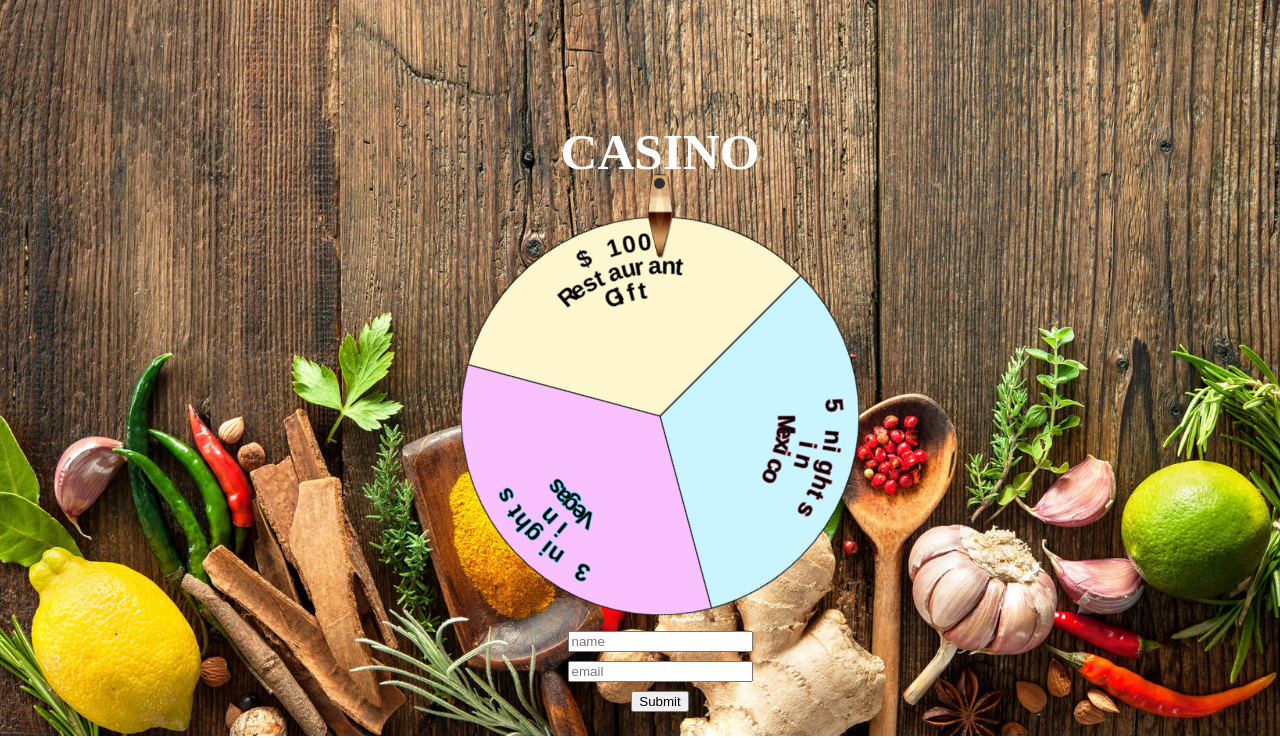
Repository: 43320888/upwork
Page: index.html
An editor plug-in stored every save of this project. The page is shown before and after the next save, followed by the edit.
The browser window is 1280 px wide. The pictures show the whole page.

Above is the page before, as saved 2019-01-16 22:18:24.

### index.html
<!DOCTYPE html>
<html lang="en">
<head>
	<meta charset="UTF-8">
	<meta name="viewport" content="width=device-width, initial-scale=1.0">
	<meta http-equiv="X-UA-Compatible" content="ie=edge">
	<link rel="stylesheet" href="style.css">
	<script src="Winwheel.min.js"></script>
	<title>Spin wheel</title>
</head>
<body class="spin-table">
	<div><ul>
	<li><h1>CASINO</h1></li>
	<li><div class="spin-table-container">
		<canvas id="canvas3" width="400" height="400">Canvas not supported, please user another browser.</canvas>
		<img onClick="theWheel3.startAnimation();" id="prizePointer" src="images/pin.png" alt="V" />
	</div></li>
	<li><script src="script.js"></script></li>
	<li><input type="text" placeholder="name"></li>
	<li><input type="text" placeholder="email"></li>
	<li><input type="submit" placeholder="submit"></li>
	</ul></div>
</body>
</html>

### style.css
.spin-table {
	background-image: url(images/Covers.jpg);
	background-position: center center;
	background-repeat: no-repeat;
	background-size: cover;
	color: white;
	font-size: 1.6em
}
.spin-table > div {
	margin-left: 50%;
	transform: translateX(-50%);
	text-align: center;
	display: inline-block;
}
.spin-table li {
	list-style-type: none;
}
.spin-table-container {
	position: relative;
	width: 400px;
}
#prizePointer {
	position: absolute;
	left: 150px;
	top: -50px;
	z-index: 999;
	width: 100px;
}

.spin-table canvas {
	z-index: 1;
	-webkit-animation-name: spin;
	-webkit-animation-duration: 40000ms;
	-webkit-animation-iteration-count: infinite;
	-webkit-animation-timing-function: linear;
	-moz-animation-name: spin;
	-moz-animation-duration: 40000ms;
	-moz-animation-iteration-count: infinite;
	-moz-animation-timing-function: linear;
	-ms-animation-name: spin;
	-ms-animation-duration: 40000ms;
	-ms-animation-iteration-count: infinite;
	-ms-animation-timing-function: linear;
	-o-transition: rotate(3600deg);
}
@-moz-keyframes spin {
	from { -moz-transform: rotate(0deg); }
	to { -moz-transform: rotate(360deg); }
    }
    @-webkit-keyframes spin {
	from { -webkit-transform: rotate(0deg); }
	to { -webkit-transform: rotate(360deg); }
    }
    @keyframes spin {
	from {transform:rotate(0deg);}
	to {transform:rotate(360deg);}
    }

### script.js
/* eslint-disable quote-props */
// eslint-disable-next-line no-unused-vars, no-undef
const theWheel3 = new Winwheel({
	'canvasId': 'canvas3',
	'numSegments': 3,
	'textAlignment': 'outer',
	'textFontWeight': 'bold',
	'textFontSize': '24',
	'textOrientation': 'curved',
	'segments': [
		{'textStrokeStyle': 'rgb(200, 50, 75)', 'fillStyle': '#caf5ff', 'text': '5 nights\n in \nMexico'},
		{'textStrokeStyle': 'aqua', 'fillStyle': '#f9c2fe', 'text': '3 nights\nin\nVegas'},
		{'fillStyle': '#fdf6cf', 'text': '$ 100\nRestaurant\nGift'},
	],
	'animation':
		{
			'type': 'spinToStop',
			'duration': 5,
			'spins': 8
		}
});

function alignContent() {
	document.getElementsByClassName('spin-table')[0].style.height = `${document.documentElement.clientHeight}px`;
	document.getElementsByClassName('spin-table')[0].firstElementChild.style.marginTop = `${document.getElementsByClassName('spin-table')[0].clientHeight / 2 - document.getElementsByClassName('spin-table')[0].firstElementChild.clientHeight / 2}px`;
}
alignContent();
window.onresize = alignContent;

Loaded but not shown: Winwheel.min.js (library)

After the next save:
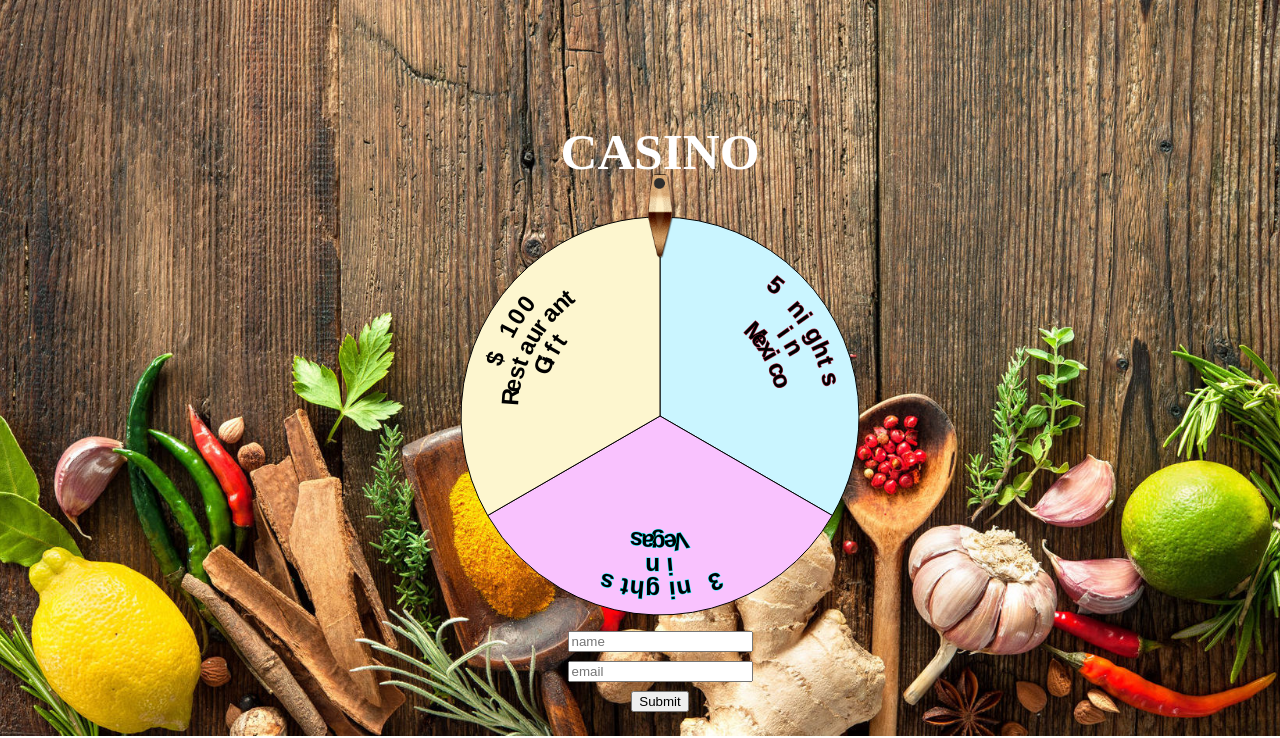
Saved 12 min 20 s later.
--- a/style.css
+++ b/style.css
@@ -27,8 +27,7 @@
 	width: 100px;
 }
 
-.spin-table canvas {
-	z-index: 1;
+/*.spin-table canvas {
 	-webkit-animation-name: spin;
 	-webkit-animation-duration: 40000ms;
 	-webkit-animation-iteration-count: infinite;
@@ -46,12 +45,12 @@
 @-moz-keyframes spin {
 	from { -moz-transform: rotate(0deg); }
 	to { -moz-transform: rotate(360deg); }
-    }
-    @-webkit-keyframes spin {
+}
+@-webkit-keyframes spin {
 	from { -webkit-transform: rotate(0deg); }
 	to { -webkit-transform: rotate(360deg); }
-    }
-    @keyframes spin {
+}
+@keyframes spin {
 	from {transform:rotate(0deg);}
 	to {transform:rotate(360deg);}
-    }
+}*/

After the 3 saves that followed:
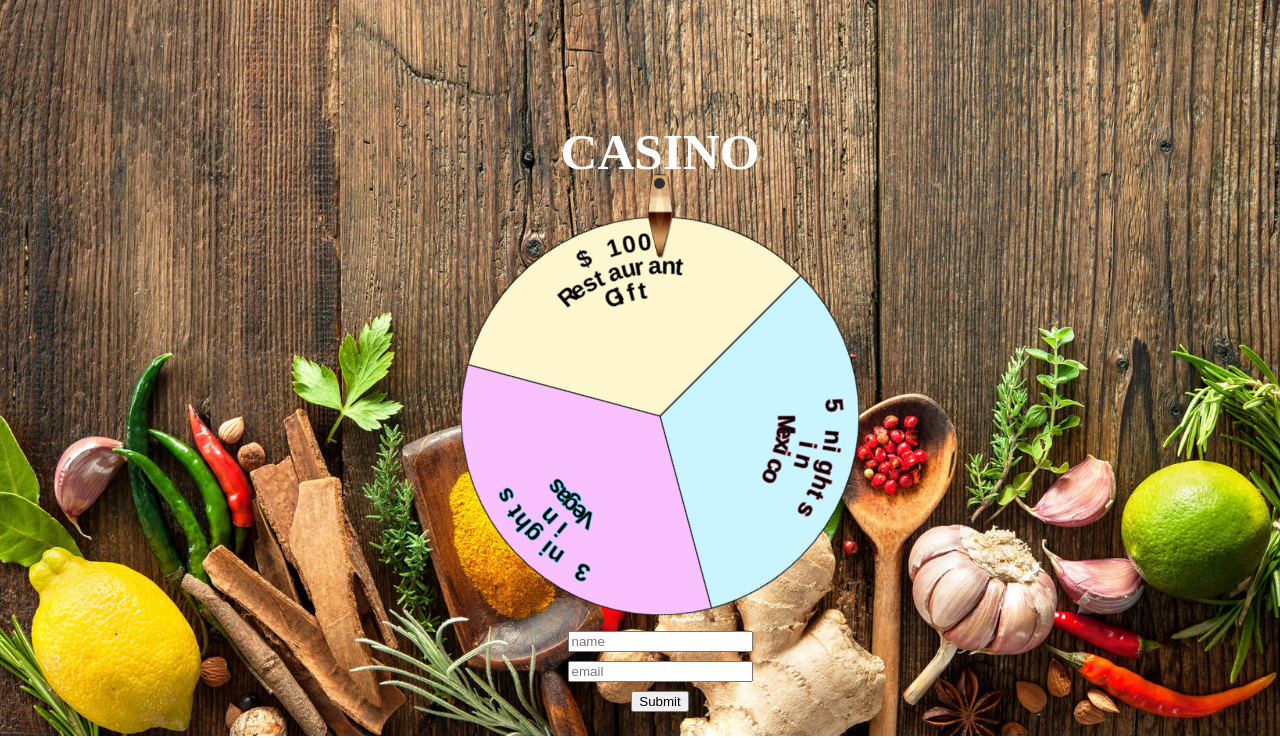
The 3 saves are shown as one change because 2 left the picture as it was.
The last was saved 12 min 27 s later.
--- a/index.html
+++ b/index.html
@@ -6,6 +6,7 @@
 	<meta http-equiv="X-UA-Compatible" content="ie=edge">
 	<link rel="stylesheet" href="style.css">
 	<script src="Winwheel.min.js"></script>
+	<script src="http://cdnjs.cloudflare.com/ajax/libs/gsap/latest/TweenMax.min.js"></script>
 	<title>Spin wheel</title>
 </head>
 <body class="spin-table">
--- a/style.css
+++ b/style.css
@@ -26,8 +26,11 @@
 	z-index: 999;
 	width: 100px;
 }
+.spin-table canvas {
+	z-index: 1;
+}
 
-/*.spin-table canvas {
+.spin-table canvas {
 	-webkit-animation-name: spin;
 	-webkit-animation-duration: 40000ms;
 	-webkit-animation-iteration-count: infinite;
@@ -53,4 +56,4 @@
 @keyframes spin {
 	from {transform:rotate(0deg);}
 	to {transform:rotate(360deg);}
-}*/
+}
